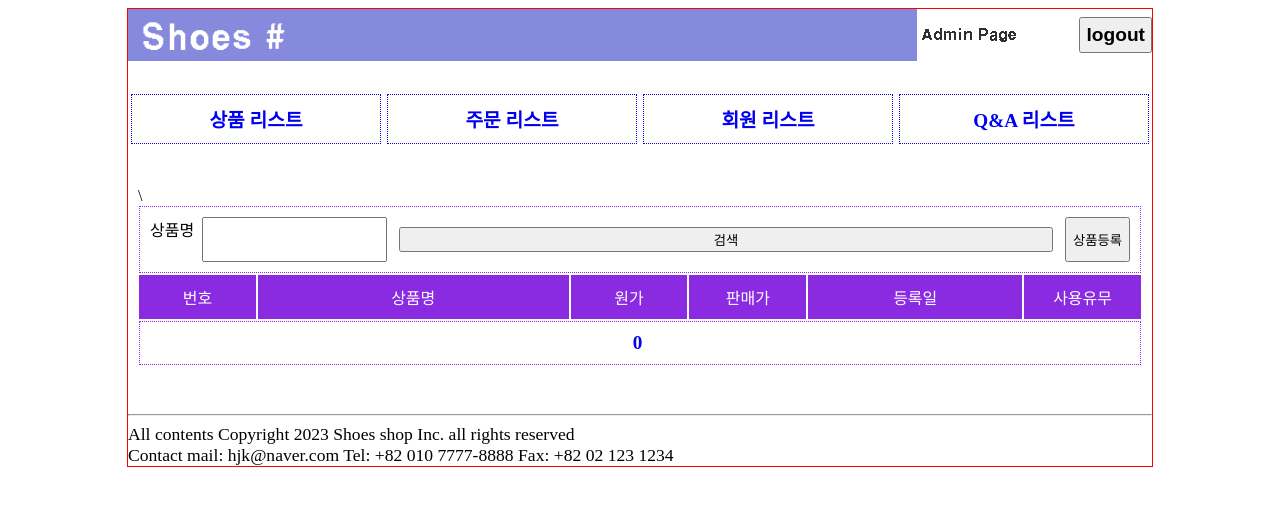
Repository: kkm41/SQL
Page: http://localhost/WEB12_ShoesShop/admin/product/productList.jsp
An editor plug-in stored every save of this project. The page is shown before and after the next save, followed by the edit.
The browser window is 1280 px wide. The pictures show the whole page.
The page is served by Tomcat 10. Other server files are loaded and not shown. The template is opened directly, without the code that normally fills it, so the values that code supplies are empty.

Above is the page before, as saved 2024-05-23 06:05:34.

### workspace/WEB12_ShoesShop/src/main/webapp/admin/product/productList.jsp
<%@ page language="java" contentType="text/html; charset=UTF-8"
    pageEncoding="UTF-8"%>
<%@include file="/admin/header.jsp" %>

<!-- 경로가 '/' 로 시작하면 가장 상위 폴더로부터 표시되는 절대 경로로 인식됩니다 -->
<!-- 아래와 같이 상대경로로 표시할수도 있습니다 -->
<%-- <%@inclue file="../sub_menu.jsp"%> --%>
<%@include file="/admin/sub_menu.jsp" %>

<article>
	<form method="post" name="frm">
	\<div class="tb">
		<div class="row">
			<div class="col" style="display:flex;">
				상품명 &nbsp; <input type="text" name="key" value="${key}"/>
				&nbsp;&nbsp;&nbsp;
				<input class="btn" type="button" name="btn_search" value="검색"
					onClick="go_search('adminProductList')"/>
				&nbsp;&nbsp;&nbsp;
				<input type="button" style ="margin-left:auto;" value="상품등록">
			</div>
		</div>
		<div class="row">
			<div class="coltitle">번호</div>
			<div class="coltitle">상품명</div>
			<div class="coltitle">원가</div>
			<div class="coltitle">판매가</div>
			<div class="coltitle">등록일</div>
			<div class="coltitle">사용유무</div>
		</div>
		<c:forEach items="${productList}" var="productVO">
			<div class="row">
				<div class="col">${productVO.pseq}</div>
				<div class="col">${productVO.name}</div>
				<div class="col"><fmt:formatNumber value="${productVO.price1}"/></div>
				<div class="col"><fmt:formatNumber value="${productVO.price2}"/></div>
				<div class="col"><fmt:formatDate value="${productVO.indate}"/></div>
				<div class="col">
					<c:choose>
				<c:when test='${productVO.useyn=="N"}'>미사용</c:when>
				<c:otherwise>사용</c:otherwise>
					</c:choose>
			</div>
		</div>
		</c:forEach>
		<jsp:include page="/admin/paging/paging.jsp">
		 <jsp:param value="shop.do?command=adminProductList" name="address"></jsp:param>
		</jsp:include>


	</div>
	</form>
</article>



<%@include file="/admin/footer.jsp" %>

### workspace/WEB12_ShoesShop/src/main/webapp/admin/header.jsp
<%@ page language="java" contentType="text/html; charset=UTF-8"
    pageEncoding="UTF-8"%>
<%@taglib prefix="c" uri="http://java.sun.com/jsp/jstl/core"%>
<%@taglib prefix="fmt" uri="http://java.sun.com/jsp/jstl/fmt"%>
<!DOCTYPE html>
<html>
<head>
<meta charset="UTF-8">
<title>Insert title here</title>
<link rel="stylesheet" href="admin/css/admin.css">
<script src="admin/script/admin.js"></script>
</head>
<body>

<div id="wrap">
	<header>
		<div id="logo">
			<img style="width:800px" src="admin/images/bar_01.gif">
			<img src="admin/images/text.gif">
			<input class="btn" type="button" value="logout" style="float:right;"
				onClick="location.href='shop.do?command=adminLogout'">
		</div>
	</header>

### workspace/WEB12_ShoesShop/src/main/webapp/admin/sub_menu.jsp
<%@ page language="java" contentType="text/html; charset=UTF-8"
    pageEncoding="UTF-8"%>
<meta charset="UTF-8">

<nav id="sub_menu">
	<div><a href="shop.do?command=adminProductList">상품 리스트</a></div>
	<div><a href="shop.do?command=adminOrderList">주문 리스트</a></div>
	<div><a href="shop.do?command=adminMemberList">회원 리스트</a></div>
	<div><a href="shop.do?command=adminQnaList">Q&A 리스트</a></div>
</nav>

### workspace/WEB12_ShoesShop/src/main/webapp/admin/footer.jsp
<%@ page language="java" contentType="text/html; charset=UTF-8"
    pageEncoding="UTF-8"%>

<footer><hr>
	<div id="copy">
		All contents Copyright 2023 Shoes shop Inc. all rights reserved<br>
		Contact mail: hjk@naver.com Tel: +82 010 7777-8888 Fax: +82 02 123 1234 &nbsp;



	</div>


</footer>



</body>
</html>

### workspace/WEB12_ShoesShop/src/main/webapp/admin/paging/paging.jsp
<%@ page language="java" contentType="text/html; charset=UTF-8"
    pageEncoding="UTF-8"%>
<%@taglib prefix="c" uri="http://java.sun.com/jsp/jstl/core" %>

<c:url var="action" value="${param.address}"/>
				<div class="row"> <!-- 페이지의 시작 -->
					<div class="col">

						<div style="font-size:120%; font-weight:bold;">
							<c:if test="${paging.prev}">
								<a href="${action}&page=${paging.beginPage-1}">◀</a>&nbsp;
							</c:if>
							<c:forEach begin="${paging.beginPage}" end="${paging.endPage}" var="index">
									<c:if test="${index==paging.page}">
									<span style="color:red">${index}&nbsp;</span>
									</c:if>
									<c:if test="${index!=paging.page}">
										<a href="${action}&page=${index}">${index}&nbsp;</a>
									</c:if>
							</c:forEach>
							<c:if test="${paging.next}">
								&nbsp;<a href="${action}&page=${paging.endPage+1}">▶</a>&nbsp;
							</c:if>

						</div>
					</div>
				</div><!-- 페이지의 끝 -->

### workspace/WEB12_ShoesShop/src/main/webapp/admin/css/admin.css
@charset "UTF-8";


#wrap{width:100%; max-width:1024px; margin: 0 auto; border:1px solid red;
display:flex; flex-direction:column;}

a{text-decoration:none;}

article{
   /*border:2px solid dimgray;
   margin:2px;*/
   flex:4;
   display: flex;

}

article form{
   flex:1;
   /*border:2px solid red;
   margin:2px;*/
   display: flex;
   flex-direction: column;
}

article form h2{
   margin:0;
   margin-bottom:20px;
   font-weight: normal;
   font-size: 28px;
}

article form{padding:10px;}

article form .field{
   display: flex;
   margin:10px 0;
}
article form .field label{
   flex:1;
}
article form .field input{
   flex:4;
   padding: 5px;
    border-radius: 3px;
    border: 1px solid #AAA;
}

article form .field div{
   flex:4;
   display: flex;
}
article form .field div input[type=text]{
   flex:4;
}
article form .field div input[type=button]{
   flex:1;
}






article form .btn{
   flex:1;
   display: flex;
   margin:10px 0;
}
article form .btn input{
   flex:1;
   margin:10px 3px;
   background-color: blueviolet;
   border:none;
   color:white;
   border-radius: 5px;
   padding:10px 0;
}


header{width:100%; margin-bottom:30px;}
#logo{width:100%; display:flex; justify-content:space-between; align-items:center;}
#logo img{vertical-align:middle;}
#logo input{padding:5px; font-weight:bold; font-size:120%;}

#sub_menu{display:flex; justify-content:space-between; align-items:center; margin-bottom:30px;}
#sub_menu div{flex:1; text-align:center; padding:10px; border:1px dotted blue; margin:3px;}
#sub_menu div a{font-size:120%; font-weight:bold; text-decoration:none;}

.tb{width:100%; display:flex; flex-direction:column; margin-bottom:30px;}
.row{display:flex;}
.coltitle{background:blueviolet; margin:1px; padding:10px; color:white; text-align:center;}
.col{flex:1; border:1px dotted blueviolet; margin:1px; padding:10px; text-align:center;}

.coltitle:nth-child(1), .col:nth-child(1){flex:1;}
.coltitle:nth-child(2), .col:nth-child(2){flex:3;}
.coltitle:nth-child(3), .col:nth-child(3){flex:1;}
.coltitle:nth-child(4), .col:nth-child(4){flex:1;}
.col:nth-child(3), .col:nth-child(4){text-align:right;}
.coltitle:nth-child(5), .col:nth-child(5){flex:2;}
.coltitle:nth-child(6), .col:nth-child(6){flex:1;}
footer{width:100%;}
footer div{font-size:110%;}

### workspace/WEB12_ShoesShop/src/main/webapp/admin/script/admin.js
function loginCheck(){
	if(document.loginForm.userid.value==""){
		alert("아이디를 입력하세요");
		document.loginForm.userid.focus();
		return false;
	}else if(document.loginForm.pwd.value==""){
		alert("패스워드를 입력하세요");
		document.loginForm.pwd.focus();
		return false;
	}else{
		return true;
	}


}


function go_search(command){
	var url="shop.do?command=" + command + "&page=1";
	document.frm.action = url;
	document.frm.submit();


}

After the next save:
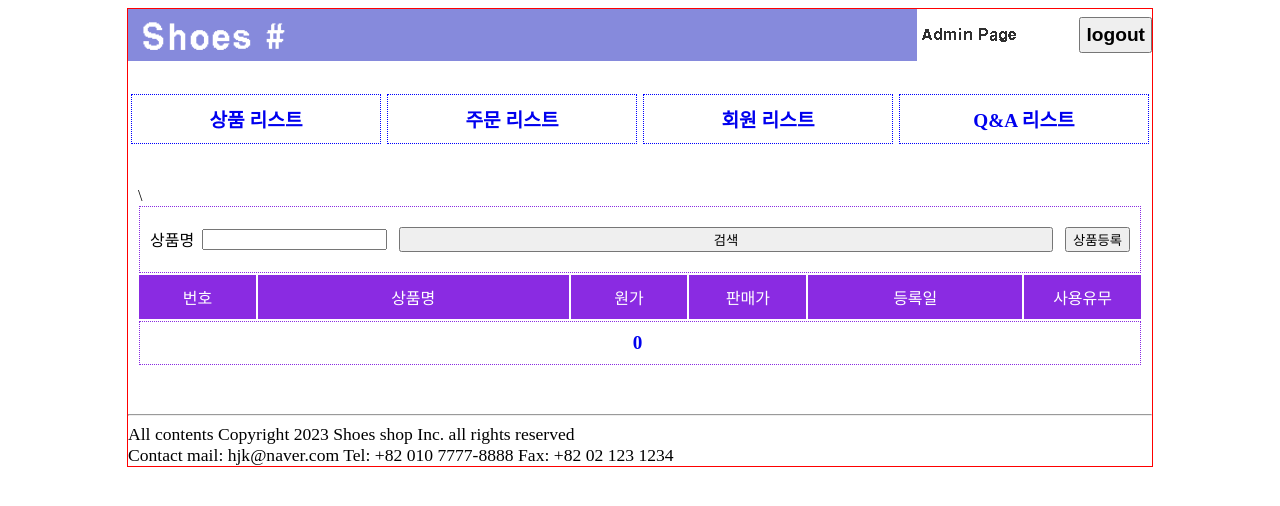
Saved 4 min 8 s later.
--- a/workspace/WEB12_ShoesShop/src/main/webapp/admin/product/productList.jsp
+++ b/workspace/WEB12_ShoesShop/src/main/webapp/admin/product/productList.jsp
@@ -11,7 +11,7 @@
 	<form method="post" name="frm">
 	\<div class="tb">
 		<div class="row">
-			<div class="col" style="display:flex;">
+			<div class="col" style="display:flex; align-items:center;">
 				상품명 &nbsp; <input type="text" name="key" value="${key}"/>
 				&nbsp;&nbsp;&nbsp;
 				<input class="btn" type="button" name="btn_search" value="검색"
